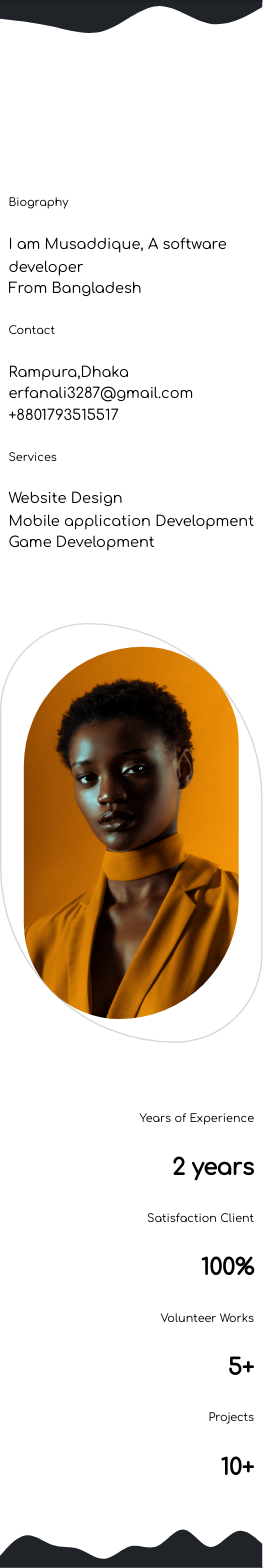
Repository: MMALI3287/Resume
Page: index.html
The author's editor kept a copy of each file at every save. The page is drawn from the files as they stood at one save, then again after the next save.
The browser window is 375 px wide. The pictures show the part of the page from y = 797 to 3037 px (the page is 11762 px tall before and 11809 px after), at 70% of full size.
Some web libraries are served in a nearby version.

Above is the page before, as saved 2023-07-16 02:52:25.

### index.html
<!DOCTYPE html>
<html lang="en">
  <head>
    <meta charset="UTF-8" />
    <meta name="viewport" content="width=device-width, initial-scale=1.0" />
    <link rel="stylesheet" href="css/bootstrap.css" />
    <link rel="stylesheet" href="css/style.css" />
    <title>Musaddique Ali - Web Development, Programmer </title>
  <link rel="stylesheet" href="css/style.css" />
  <script src="https://kit.fontawesome.com/03ffe29f8b.js" crossorigin="anonymous"></script>
  <!-- Google tag (gtag.js) -->
<script async src="https://www.googletagmanager.com/gtag/js?id=G-VLNF64TM34"></script>
<script>
  window.dataLayer = window.dataLayer || [];
  function gtag(){dataLayer.push(arguments);}
  gtag('js', new Date());

  gtag('config', 'G-VLNF64TM34');
</script>
  </head>
  <body>
    <div id="header">
      <nav class="navbar navbar-expand-lg position-fixed top-0 w-100">
        <div class="container-fluid">
          <a class="navbar-brand logo text-light" href="#">MrMMALI</a>
          <button
            class="navbar-toggler"
            type="button"
            data-bs-toggle="collapse"
            data-bs-target="#navbarNav"
            aria-controls="navbarNav"
            aria-expanded="false"
            aria-label="Toggle navigation"
          >
            <span class="navbar-toggler-icon"></span>
          </button>
          <div class="collapse navbar-collapse" id="navbarNav">
            <ul class="navbar-nav">
              <li class="nav-item">
                <a
                  class="nav-link active text-light"
                  aria-current="page"
                  href="#"
                  >Home</a
                >
              </li>
              <li class="nav-item">
                <a class="nav-link text-light" href="#portfolio">Portfolio</a>
              </li>
              <li class="nav-item">
                <a class="nav-link text-light" href="#expertise">Expertise</a>
              </li>
              <li class="nav-item">
                <a class="nav-link text-light" href="#about">About</a>
              </li>
              <li class="nav-item">
                <a class="nav-link text-light" href="#serv">Services</a>
              </li>
              <li class="nav-item">
                <a class="nav-link text-light" href="#projects">Projects</a>
              </li>
            </ul>
          </div>
        </div>
        <div class="git rounded-0" >
          <a class="cont" href="#contact">
            Get in touch
          </a>
        </div>
      </nav>
      <div class="land">
        <div class="header-text">
          <p class="mb-0 name">MUSADDIQUE ALI</p>
        </div>
        <div class="subheader">
          <p>Software Developer</p>
        </div>
        <div class="sub">
          <p>
            Hello, my name is MD Musaddique Ali Erfan, Nice to meet you <br />
            I would like to welcome you to my personal portfolio.
          </p>
        </div>
      </div>
    </div>
    <div class="abt">
    <svg xmlns="http://www.w3.org/2000/svg" viewBox="0 100 1440 320">
      <path
        fill="#202429"
        fill-opacity="1"
        d="M0,192L48,197.3C96,203,192,213,288,234.7C384,256,480,288,576,256C672,224,768,128,864,122.7C960,117,1056,203,1152,218.7C1248,235,1344,181,1392,154.7L1440,128L1440,0L1392,0C1344,0,1248,0,1152,0C1056,0,960,0,864,0C768,0,672,0,576,0C480,0,384,0,288,0C192,0,96,0,48,0L0,0Z"
      ></path>
    </svg>
    <div class="container" id="portfolio">
      <div class="row">
        <div class="col-md-3">
          <p class="biog">Biography</p>
          <p class="subtext">
            I am Musaddique, A software developer <br />
            From Bangladesh
          </p>
          <p>Contact</p>
          <p class="subtext">
            Rampura,Dhaka <br />erfanali3287@gmail.com <br />+8801793515517
          </p>
          <p>Services</p>
          <p class="subtext bot">
            Website Design <br />Mobile application Development <br />Game
            Development
          </p>
        </div>
        <div class="col-md-6 capbord">
          <div id="capsule"></div>
        </div>
        <div class="col-md-3">
          <p class="biog text-end">Years of Experience</p>
          <p class="subtext2 text-end">2 years</p>
          <p class="text-end">Satisfaction Client</p>
          <p class="subtext2 text-end">100%</p>
          <p class="text-end">Volunteer Works</p>
          <p class="subtext2 text-end">5+</p>
          <p class="text-end">Projects</p>
          <p class="subtext2 text-end">10+</p>
        </div>
      </div>
    </div>
    <svg xmlns="http://www.w3.org/2000/svg" viewBox="0 0 1440 320"><path fill="#202429" fill-opacity="1" d="M0,256L24,229.3C48,203,96,149,144,144C192,139,240,181,288,197.3C336,213,384,203,432,218.7C480,235,528,277,576,272C624,267,672,213,720,202.7C768,192,816,224,864,202.7C912,181,960,107,1008,112C1056,117,1104,203,1152,208C1200,213,1248,139,1296,122.7C1344,107,1392,149,1416,170.7L1440,192L1440,320L1416,320C1392,320,1344,320,1296,320C1248,320,1200,320,1152,320C1104,320,1056,320,1008,320C960,320,912,320,864,320C816,320,768,320,720,320C672,320,624,320,576,320C528,320,480,320,432,320C384,320,336,320,288,320C240,320,192,320,144,320C96,320,48,320,24,320L0,320Z"></path></svg>

    <div class="advantage bg-dark text-center" id="expertise">
      <div class="container">
        <div class="row">
          <p class="mexp">My Expertise</p>
        </div>
        <div class="row">
          <div class="col-md-2">
            <img
              src="assets/images/c-.png"
              height="100px"
              width="100px"
              alt="c++"
            />
            <br />
            <p class="text-light h1 mb-5 mt-5 fw-bold">91%</p>
            <p class="text-light h5 p-5">C++</p>
          </div>
          <div class="col-md-2">
            <img
              src="assets/images/android-icon.svg"
              height="100px"
              width="100px"
              alt="c++"
            /><br />
            <p class="text-light h1 mb-5 mt-5 fw-bold">84%</p>
            <p class="text-light h5 p-5">Android</p>
          </div>
          <div class="col-md-2">
            <img
              src="assets/images/flutterio-icon.svg"
              height="100px"
              width="100px"
              alt="c++"
            /><br />
            <p class="text-light h1 mb-5 mt-5 fw-bold">78%</p>
            <p class="text-light h5 p-5">Flutter</p>
          </div>
          <div class="col-md-2">
            <img
              src="assets/images/unity.png"
              height="100px"
              width="100px"
              alt="c++"
            /><br />
            <p class="text-light h1 mb-5 mt-5 fw-bold">76%</p>
            <p class="text-light h5 p-5">Unity</p>
          </div>
          <div class="col-md-2">
            <img
              src="assets/images/ADBE.svg"
              height="100px"
              width="100px"
              alt="c++"
            /><br />
            <p class="text-light h1 mb-5 mt-5 fw-bold">83%</p>
            <p class="text-light h5 p-5">Adobe</p>
          </div>
          <div class="col-md-2">
            <img
              src="https://upload.wikimedia.org/wikipedia/commons/0/0e/Microsoft_365_%282022%29.svg"
              height="100px"
              width="100px"
              alt="c++"
            /><br />
            <p class="text-light h1 mb-5 mt-5 fw-bold">94%</p>
            <p class="text-light h5 p-5">Office</p>
          </div>
        </div>
      </div>
    </div>
  </div>

    <svg xmlns="http://www.w3.org/2000/svg" viewBox="0 0 1440 320"><path fill="#202429" fill-opacity="1" d="M0,160L48,181.3C96,203,192,245,288,250.7C384,256,480,224,576,197.3C672,171,768,149,864,165.3C960,181,1056,235,1152,250.7C1248,267,1344,245,1392,234.7L1440,224L1440,0L1392,0C1344,0,1248,0,1152,0C1056,0,960,0,864,0C768,0,672,0,576,0C480,0,384,0,288,0C192,0,96,0,48,0L0,0Z"></path></svg>

    <!-- * about -->
  <div id="about">
    <div class="container">
      <div class="rowc">
        <div class="about-col-1">
          <img src="assets/images/capsule.jpg" alt="user" />
        </div>
        <div class="about-col-2">
          <h2 class="sub-title text-dark">About Me</h2>
          <p class="h5 fw-500">
            I am a software developer. I have been working as a software developer for 6 months. I have
            experience in web development, app development, and UI/UX design. I am a hardworking and
            dedicated person. I am always ready to learn new things.
          </p>
          <div class="tab-titles">
            <p class="tab-links active-link" onclick="opentab('skills')">Skills</p>
            <p class="tab-links" onclick="opentab('experience')"">Experience</p>
              <p class=" tab-links" onclick="opentab('education')"">Education</p>
            </div>
            <div class=" tab-contents active-tab" id="skills">
            <ul>
              <li><span>UI/UX</span><br />Designing Web/App Interface</li>
              <li><span>Web Development</span><br />Web app Development</li>
              <li>
                <span>App Development</span><br />Building Android/iOS apps
              </li>
            </ul>
          </div>
          <div class="tab-contents" id="experience">
            <ul>
              <li>
                <span>2022 - Current</span><br />Software Developer Intern at
                TETON Pvt ltd
              </li>
            </ul>
          </div>
          <div class="tab-contents" id="education">
            <ul>
              <li>
                <span>Current</span><br />BSc. from Ahsanullah University of
                Science and Technology
              </li>
              <li>
                <span>2020</span> <br />
                HSC from Saint Joseph Higher Secondary School and College
              </li>
              <li>
                <span>2018</span><br />SSC from Ideal School and College
              </li>
            </ul>
          </div>
        </div>
      </div>
    </div>
  </div>
  <svg xmlns="http://www.w3.org/2000/svg" id="serv" viewBox="0 0 1440 320"><path fill="#202429" fill-opacity="1" d="M0,224L24,202.7C48,181,96,139,144,138.7C192,139,240,181,288,197.3C336,213,384,203,432,218.7C480,235,528,277,576,282.7C624,288,672,256,720,224C768,192,816,160,864,160C912,160,960,192,1008,181.3C1056,171,1104,117,1152,122.7C1200,128,1248,192,1296,197.3C1344,203,1392,149,1416,122.7L1440,96L1440,320L1416,320C1392,320,1344,320,1296,320C1248,320,1200,320,1152,320C1104,320,1056,320,1008,320C960,320,912,320,864,320C816,320,768,320,720,320C672,320,624,320,576,320C528,320,480,320,432,320C384,320,336,320,288,320C240,320,192,320,144,320C96,320,48,320,24,320L0,320Z"></path></svg>


  <!-- * services -->
  <div id="services">
    <div class="container">
      <h2 class="sub-title">My Services</h2>
      <div class="services-list">
        <div>
          <i class="fa-solid fa-crop"></i>
          <h2>Game Development</h2>
          <p>
            Game Development is the art of creating captivating and immersive interactive experiences. It combines technical expertise, artistic creativity, and player psychology to craft unforgettable games.
          </p>
          <a href="https://www.freecodecamp.org/news/what-is-game-development/">Learn more</a>
        </div>
        <div>
          <i class="fa-solid fa-code"></i>
          <h2>Web Development</h2>
          <p>
            Web Development is the process of creating a website for the internet. It is a process of creating a website for the internet.
          </p>
          <a href="https://brainstation.io/career-guides/what-is-web-development">Learn more</a>
        </div>
        <div>
          <i class="fa-solid fa-mobile-screen"></i>
          <h2>App Development</h2>
          <p>
            App Development is the process of creating a mobile application for smartphones and tablets. It is a process of creating a mobile application for smartphones and tablets.
          </p>
          <a href="https://orases.com/what-is-app-development/">Learn more</a>
        </div>
      </div>
    </div>
  </div>
<svg xmlns="http://www.w3.org/2000/svg" id="projects" viewBox="0 0 1440 320"><path fill="#202429" fill-opacity="1" d="M0,256L24,234.7C48,213,96,171,144,170.7C192,171,240,213,288,224C336,235,384,213,432,213.3C480,213,528,235,576,224C624,213,672,171,720,149.3C768,128,816,128,864,122.7C912,117,960,107,1008,138.7C1056,171,1104,245,1152,261.3C1200,277,1248,235,1296,208C1344,181,1392,171,1416,165.3L1440,160L1440,0L1416,0C1392,0,1344,0,1296,0C1248,0,1200,0,1152,0C1104,0,1056,0,1008,0C960,0,912,0,864,0C816,0,768,0,720,0C672,0,624,0,576,0C528,0,480,0,432,0C384,0,336,0,288,0C240,0,192,0,144,0C96,0,48,0,24,0L0,0Z"></path></svg>

  <!-- -------------------portfolio------------------- -->
  <div id="portfolio">
    <div class="container">
      <h2 class="sub-title text-dark">My Latest Projects</h2>
      <div class="work-list">
        <div class="work">
          <div class="p-2 rounded-3 border bg-danger"><img src="assets/images/wordmaestro.jpg" height="250px" alt="UX"></div>
          <div class="layer">
            <p class="text-light h1">
              Word Maestro
            </p>
            <p class="text-light h5 mt-3">
              A puzzle game made with C++ for all ages
            </p>
            <a href="https://github.com/MMALI3287/Word-Maestro"><i class="fa-sharp fa-solid fa-up-right-from-square"></i></a>
          </div>
          <p class="h3 mt-4">Word Maestro</p>
          <p class="h6">Game Development with C++</p>
        </div>
        <div class="work">
          <div class="p-2 rounded-3 border bg-danger"><img src="assets/images/resortadmin.jpg"  height="250px"  alt="Web"></div>
          <div class="layer">
            <p class="text-light h1">
              Resort Administration
            </p>
            <p class="text-light h5 mt-3">
              A database application made with MySQL and Java in NetBeans to manage a resort
            </p>
            <a href="https://github.com/MMALI3287/Resort-Administration"><i class="fa-sharp fa-solid fa-up-right-from-square"></i></a>
          </div>
          <p class="h3 mt-4">Resort Administration</p>
          <p class="h6">Software Development with Java</p>
        </div>
        <div class="work">
          <div class="p-2 rounded-3 border bg-danger"> <img src="assets/images/reuse.png"  height="250px"  alt="App"></div>
          <div class="layer">
            <p class="text-light h1">
              ReUse
            </p>
            <p class="text-light h5 mt-3">
              An android application to donate unwanted items to the needy
            </p>
            <a href="https://github.com/MMALI3287/ReUse"><i class="fa-sharp fa-solid fa-up-right-from-square"></i></a>
          </div>
          <p class="h3 mt-4">ReUse</p>
          <p class="h6">Mobile Development with Android</p>
        </div>
      </div>
      <a href="https://github.com/MMALI3287?tab=repositories" class="btnc text-dark">See more</a>
    </div>
  </div>
  <svg xmlns="http://www.w3.org/2000/svg" viewBox="0 20 1440 300"><path fill="#202429" fill-opacity="1" d="M0,128L48,160C96,192,192,256,288,272C384,288,480,256,576,250.7C672,245,768,267,864,240C960,213,1056,139,1152,133.3C1248,128,1344,192,1392,224L1440,256L1440,320L1392,320C1344,320,1248,320,1152,320C1056,320,960,320,864,320C768,320,672,320,576,320C480,320,384,320,288,320C192,320,96,320,48,320L0,320Z"></path></svg>
  <!-- -------------------contact------------------- -->
  <div id="contact">
    <div class="container">
      <div class="row">
        <div class="contact-left">
          <h2 class="sub-title">
            Contact Me
          </h2>
          <p class="text-light"><i class="fa-solid fa-envelope"></i> erfanali3287@gmail.com</p>
          <p class="text-light"><i class="fa-solid fa-phone"></i> +880 1793 515 517</p>
          <p class="text-light"><i class="fa-solid fa-location-dot"></i> Dhaka, Bangladesh</p>
          <div class="social-icons">
            <a href="https://www.facebook.com/musaddique.mmali/"><i class="fa-brands fa-facebook"></i></a>
            <a href="https://twitter.com/MusaddiqueMMALI/"><i class="fa-brands fa-twitter"></i></a>
            <a href="https://www.instagram.com/mdmusaddiquealierfan/"><i class="fa-brands fa-instagram"></i></a>
            <a href="https://www.linkedin.com/in/musaddique-ali/"><i class="fa-brands fa-linkedin"></i></a>
            <a href="https://github.com/MMALI3287/"><i class="fa-brands fa-github"></i></a>
          </div>
          <a href="images/resume.pdf" download class="btnc btn2">Download Resume</a>
        </div>
        <div class="contact-right">
          <form name="submit-to-google-sheet">
            <input type="text" name="Name" placeholder="Your Name" required>
            <input type="email" name="E-Mail" placeholder="Your Email" required>
            <textarea name="Message" rows="6" placeholder="Your Message"></textarea>
            <button type="submit" class="btnc btn2">Send</button>
          </form>
          <span id="msg"></span>
        </div>
      </div>
    </div>
      <div class="copyright">
        <p>Copyright © Musaddique Ali. Thank you for visiting <i class="fas fa-heart"></i></p>
      </div>
    </div>

    <script src="js/bootstrap.js"></script>
    <script src="js/index.js"></script>
  </body>
</html>

### css/style.css
@import url("https://fonts.googleapis.com/css2?family=Vollkorn:ital,wght@1,500&display=swap");
@import url("https://fonts.googleapis.com/css2?family=Comfortaa&family=Vollkorn:ital,wght@1,500&display=swap");

* {
  margin: 0;
  padding: 0;
  box-sizing: border-box;
}

.navbar {
  background-color: #00000082;
}

html {
  scroll-behavior: smooth;
}

body {
  color: #fff;
  font-family: "Comfortaa", cursive;
}

.logo {
  font-size: 2rem;
  margin: 0 5rem 0 4rem;
}
.git {
  font-size: 1.5rem;
  margin: 0.5rem 3rem;
  width: 15rem;
  height: 4rem;
  background: transparent;
  color: white;
  border: 1px solid white;
  display: flex;
  justify-content: center;
  align-items: center;
}

.git:hover {
  background: white;
}

.cont:hover {
  color: black;
}

.cont {
  text-decoration: none;
  color: white;
}

#header {
  font-size: 1.5rem;
  width: 100%;
  height: 100vh;
  background: url(../assets/images/landingback.jpg) no-repeat;
  background-size: cover;
  background-position: center;
  background-position: center;
  position: absolute;
  top: 0;
}

.abt {
  margin-top: 100vh;
}

.header-text {
  font-family: "Vollkorn", serif;
  line-height: 7rem;
  margin-top: 25%;
  font-size: 8rem;
  font-weight: 700;
}
.subheader {
  font-family: "Vollkorn", serif;
  font-size: 5rem;
}
.sub {
  font-size: 1.5rem;
  color: rgb(113, 113, 113);
  font-weight: 400;
}
.land {
  padding: 0 4rem;
}

.container {
  color: black;
  padding-top: 3rem;
}

nav ul li {
  display: inline-block;
  list-style: none;
  margin: 10px 20px;
  flex-wrap: wrap;
  justify-content: center;
}

nav ul li a {
  text-decoration: none;
  color: #fff;
  font-size: 18px;
  font-weight: 500;
  position: relative;
}

nav ul li a::after {
  content: "";
  display: block;
  width: 0;
  height: 3px;
  background: #ff004f;
  transition: 0.5s;
  position: absolute;
  bottom: -6px;
  left: 0;
}

nav ul li a:hover::after {
  width: 100%;
}

#capsule {
  width: 100%;
  height: 100%;
  background: url(../assets/images/capsule.jpg) no-repeat;
  background-size: cover;
  background-position: center;
  border-radius: 250px 200px;
  padding: 2rem;
}

.biog {
  margin-top: 6rem;
}

.subtext {
  margin: 2rem 0;
  font-size: 1.3rem;
  font-weight: 500;
}

.bot {
  margin-bottom: 6.2rem;
}

.subtext2 {
  margin: 2.2rem 0;
  font-size: 2rem;
  font-weight: 700;
}

.capbord {
  border: 2px solid rgb(215, 215, 215);
  border-radius: 200px 400px;
  padding: 2rem;
}

.advantage {
  padding: 6rem;
  padding-top: 10rem;
  color: azure;
}

.mexp {
  color: azure;
  font-size: 3.5rem;
  font-weight: 500;
  margin-bottom: 10rem;
  justify-content: center;
  display: flex;
}

/* * about */
#about {
  padding: 80px 0;
  color: #ababab;
}

.rowc {
  margin-top: 8rem;
  display: flex;
  justify-content: space-between;
  align-items: center;
  flex-wrap: wrap;
}

.about-col-1 {
  flex-basis: 35%;
}

.about-col-1 img {
  width: 100%;
  border-radius: 15px;
}

.about-col-2 {
  flex-basis: 60%;
}

.sub-title {
  font-size: 60px;
  font-weight: 600;
  color: #fff;
}

.tab-titles {
  display: flex;
  align-items: center;
  margin: 20px 0 40px;
}

.tab-links {
  margin-right: 50px;
  display: flex;
  justify-content: space-between;
  align-items: center;
  flex-wrap: wrap;
  font-size: 1.3rem;
  font-weight: 500;
  cursor: pointer;
  position: relative;
}

.tab-links::after {
  content: "";
  display: block;
  width: 0;
  height: 3px;
  background: #ff004f;
  transition: 0.5s;
  position: absolute;
  bottom: -8px;
  left: 0;
}

.tab-links.active-link::after {
  width: 50%;
}

.tab-contents ul li {
  list-style: none;
  margin: 10px 0;
  flex-wrap: wrap;
  justify-content: center;
  font-size: 1.1rem;
}

.tab-contents ul li span {
  color: #b83d64;
  font-size: 1.5rem;
  font-weight: 600;
}

.tab-contents {
  display: none;
}

.tab-contents.active-tab {
  display: block;
}

/* * services */
#services {
  padding: 30px 0;
  background-color: #202429;
}

.services-list {
  display: grid;
  grid-template-columns: repeat(auto-fit, minmax(250px, 1fr));
  grid-gap: 40px;
  margin-top: 50px;
}

.services-list div {
  background: #060606;
  color: #fff;
  padding: 40px;
  font-size: 13px;
  font-weight: 300;
  border-radius: 10px;
  transition: background 0.5s, transform 0.5s;
}

.services-list div i {
  color: #fff;
  font-size: 50px;
  margin-bottom: 30px;
}

.services-list div h2 {
  color: #fff;
  font-size: 30px;
  font-weight: 500;
  margin-bottom: 15px;
}

.services-list div a {
  text-decoration: none;
  color: #fff;
  font-size: 12px;
  margin-top: 20px;
  display: inline-block;
}

.services-list div:hover {
  background: #ff004f;
  transform: translateY(-10px);
}

/* * portfolio */
#portfolio {
  justify-content: center;
  margin-top: 3rem;
}

.work-list {
  display: grid;
  grid-template-columns: repeat(auto-fit, minmax(250px, 1fr));
  grid-gap: 40px;
  margin-top: 50px;
}

.work {
  border-radius: 10px;
  position: relative;
  overflow: hidden;
}

.work img {
  width: 100%;
  border-radius: 10px;
  display: block;
  transition: transform 0.5s;
}

.layer {
  width: 100%;
  height: 0;
  background: linear-gradient(rgba(0, 0, 0, 0.6), #ff004f);
  border-radius: 10px;
  position: absolute;
  left: 0;
  bottom: 0;
  overflow: hidden;
  display: flex;
  align-items: center;
  justify-content: center;
  flex-direction: column;
  padding: 0 40px;
  text-align: center;
  font-size: 14px;
  transition: height 0.5s;
}

.layer h3 {
  font-weight: 500;
  margin-bottom: 20px;
}

.layer a {
  text-decoration: none;
  color: #ff004f;
  font-size: 18px;
  line-height: 60px;
  margin-top: 20px;
  background: #fff;
  width: 60px;
  height: 60px;
  border-radius: 50%;
  text-align: center;
}

.work:hover img {
  transform: scale(1.1);
}

.work:hover .layer {
  height: 100%;
}

.btnc {
  display: block;
  margin: 50px auto;
  width: fit-content;
  border: 1px solid #ff004f;
  padding: 14px 50px;
  border-radius: 10px;
  text-decoration: none;
  color: #fff;
  transition: background 0.5s;
  font-size: 1.5rem;
  font-weight: 500;
}

.btnc:hover {
  background: #ff004f;
}

/* * contact */

#contact {
  background-color: #202429;
}

.contact-left {
  flex-basis: 35%;
}
.contact-right {
  flex-basis: 60%;
}

.contact-left p {
  margin-top: 30px;
}

.contact-left p i {
  color: #ff004f;
  margin-right: 15px;
  font-size: 25px;
}

.social-icons {
  margin-top: 30px;
}

.social-icons a {
  text-decoration: none;
  display: inline-block;
  font-size: 30px;
  color: #ababab;
  border-radius: 50%;
  margin-right: 15px;
  transition: background 0.5s;
}
.social-icons a:hover {
  color: #ff004f;
  background: #fff;
  height: 40px;
  width: 45px;
  line-height: 40px;
  text-align: center;
  font-size: 35px;
  transform: translateY(-5px);
}
.btnc.btn2 {
  display: inline-block;
  background: #ff004f;
  color: #fff;
  border: 1px solid #ff004f;
  margin-top: 30px;
  padding: 14px 50px;
  border-radius: 10px;
  text-decoration: none;
  transition: background 0.5s;
}

.contact-right form {
  width: 100%;
}

form input,
form textarea {
  width: 100%;
  padding: 15px 20px;
  margin: 15px 0;
  outline: none;
  border: 0;
  border-radius: 10px;
  font-size: 18px;
  color: #fff;
  background: #060606;
}

form .btn2 {
  padding: 14px 60px;
  font-size: 18px;
  margin-top: 20px;
  cursor: pointer;
}

.copyright {
  width: 100%;
  text-align: center;
  padding: 25px 0;
  background: #060606;
  font-weight: 300;
  margin-top: 20px;
}

.copyright i {
  color: #ff004f;
  font-size: 20px;
}

nav .fas {
  display: none;
}

#msg {
  color: #61b752;
  margin-top: -40px;
  display: block;
  font-size: 16px;
  font-weight: 500;
  text-align: center;
}

/* ------------------------------- css for small screens ------------------------------ */

@media only screen and (max-width: 600px) {
  #header {
    background-image: url(../assets/images/bg-mobile.jpg);
  }

  .name {
    font-size: 2rem;
  }

  .subheader {
    font-size: 1.5rem;
  }

  .sub {
    font-size: 1rem;
    color: white;
  }

  .capbord {
    height: 600px;
  }

  .logo {
    margin-left: 1rem;
  }

  .git {
    visibility: hidden;
  }

  .header-text {
    margin-top: 100%;
    font-size: 16px;
  }
  .header-text h1 {
    font-size: 30px;
  }

  h2 {
    font-size: 25px;
  }

  nav .fas {
    display: block;
    font-size: 25px;
  }
  nav ul li {
    display: block;
    margin: 25px;
  }
  nav ul .fas {
    position: absolute;
    top: 25px;
    left: 25px;
    cursor: pointer;
  }
  .sub-title {
    font-size: 40px;
  }
  .about-col-1,
  .about-col-2 {
    flex-basis: 100%;
  }
  .about-col-1 {
    margin-bottom: 30px;
  }
  .about-col-2 {
    font-size: 14px;
  }
  .tab-links {
    font-size: 16px;
    margin-right: 20px;
  }
  .contact-left,
  .contact-right {
    flex-basis: 100%;
  }
  .copyright {
    font-size: 14px;
  }
  form .btn2 {
    padding: 14px 40px;
    width: 100%;
  }
}

### js/index.js
let tablinks = document.getElementsByClassName("tab-links");
let tabcontents = document.getElementsByClassName("tab-contents");
function opentab(tabname) {
  for (let tablink of tablinks) tablink.classList.remove("active-link");
  for (let tabcontent of tabcontents) tabcontent.classList.remove("active-tab");
  event.currentTarget.classList.add("active-link");
  document.getElementById(tabname).classList.add("active-tab");
}

let sidemenu = document.getElementById("sidemenu");
function openmenu() {
  sidemenu.style.right = "0";
}
function closemenu() {
  sidemenu.style.right = "-200px";
}

const scriptURL =
  "https://script.google.com/macros/s/AKfycbweIFA406kLCn8JOrIW-5p-dtJ7j9e8FbQg1LLUW5Mk5p9cZg4kpXwc1kParYo2nA4j/exec";
const form = document.forms["submit-to-google-sheet"];
const msg = document.getElementById("msg");

form.addEventListener("submit", (e) => {
  e.preventDefault();
  fetch(scriptURL, { method: "POST", body: new FormData(form) })
    .then((response) => {
      msg.innerHTML =
        "Message sent successfully. Thank you for contacting me. I will get back to you soon.";
      setTimeout(function () {
        msg.innerHTML = "";
      }, 5000);
      form.reset();
    })
    .catch((error) => console.error("Error!", error.message));
});

Loaded but not shown: css/bootstrap.css (library); js/bootstrap.js (library)

After the next save:
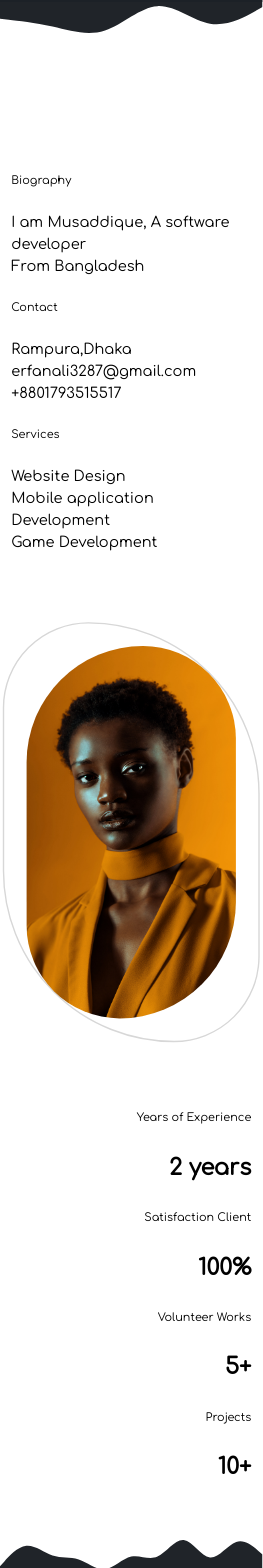
Saved 28 s later.
--- a/css/style.css
+++ b/css/style.css
@@ -530,6 +530,10 @@
     color: white;
   }
 
+  #portfolio {
+    padding: 1rem;
+  }
+
   .capbord {
     height: 600px;
   }
